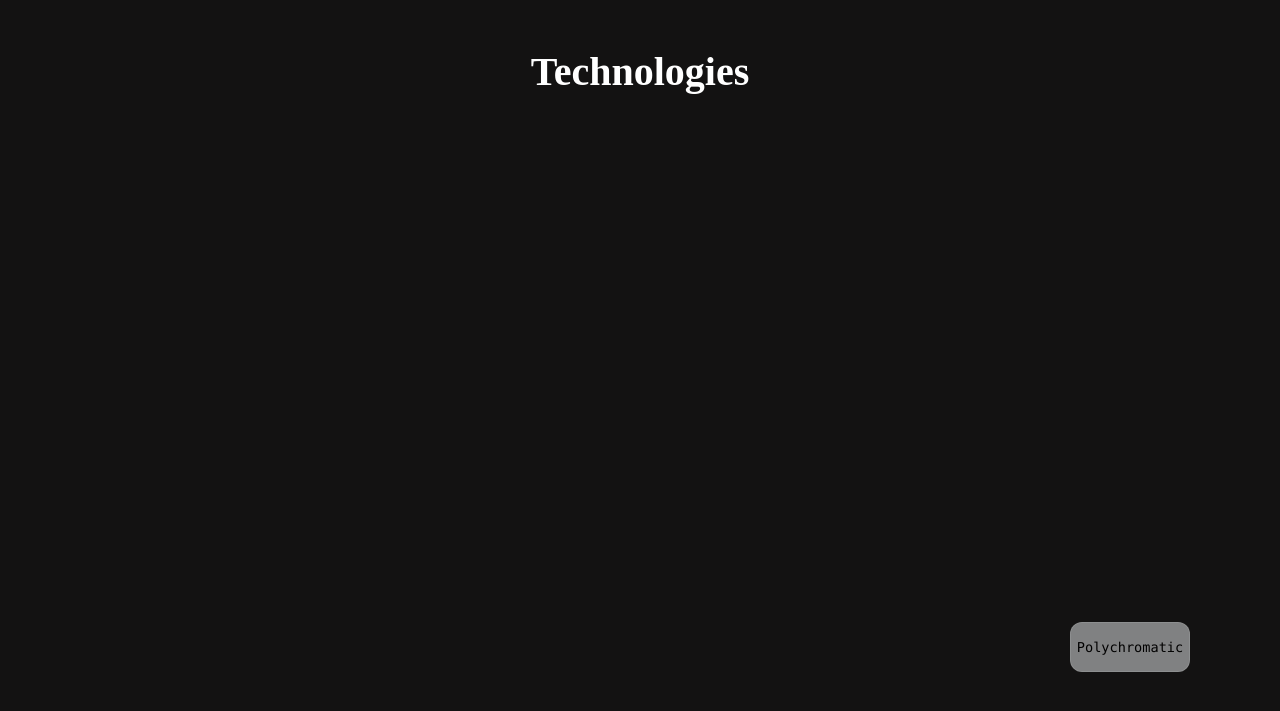
Repository: Baaam0/DCD_week7
Page: /
An editor plug-in stored every save of this project. The page is shown before and after a run of saves, followed by the edit.
The browser window is 1280 px wide. The pictures show the whole page.
The page's requests for data from a server got no answer. Some web fonts or font styles are not loaded; a fallback is used. The project was rebuilt for these pictures with package versions that can differ from the ones it lists, and the page was loaded fresh each time. The framework's server and built-in components were replaced by stand-ins that run in the browser. No one was signed in, and anything a server would have sent is missing. Also part of the build but not shown: next.config.js.

Above is the page before, as saved 2023-02-18 02:16:02.

### pages/index.js
import Head from 'next/head'
import Image from 'next/image'
import styles from '@/styles/Home.module.css'
import { useEffect, useState } from 'react'
import axios from 'axios'
import Link from 'next/link'


export default function Home() {
  const [data, setData] = useState();

  const apiKey = "BKu0nr7SnBGOqKTSgWfcyr59UwXtwa7g3dY4YQrC";
  const url = `https://api.nasa.gov/techtransfer/patent/?q=10&engine&api_key=${apiKey}`

  const getTechTransferData = async () => {
    const res = await axios.get(url);
    const info = await res.data;
    console.log(info);
    setData(info)
  }

  useEffect(()=> {
    getTechTransferData();
  }, [])

  return (
    <>
      <Head>
        <title>Create Next App</title>
        <meta name="description" content="Generated by create next app" />
        <meta name="viewport" content="width=device-width, initial-scale=1" />
        <link rel="icon" href="/favicon.ico" />
      </Head>
      <main className={styles.main}>
      <h1>Technologies</h1>
        <div className={styles.description}>
          <p>
          <Link href="/polychromatic">Polychromatic</Link>
          </p>
        </div>
        {
          data && data.results.map((tech, index) => {
            return (
              <div key={index}>
                {
                  tech && tech.map((t,ind) => {
                    if(ind === 10) {
                      return (
                        <div className={styles.box1}>
                          <Image src={t} alt={t} key={ind} width={120} height={120} className={styles.img}/>
                          <div className={styles.box}>
                            <div className={styles.txt}>
                              <h3>{tech[2]}</h3>
                              <p>{tech[3]}</p>
                            </div>
                          </div>
                        </div>
                      )
                    }
                  })
                }
              </div>
            )
          })
        }
      </main>
    </>
  )
}

### styles/Home.module.css
@import url('https://fonts.googleapis.com/css2?family=DotGothic16&display=swap');
@import url('https://fonts.googleapis.com/css2?family=Barlow:wght@300&display=swap');

.main {
  display: flex;
  flex-direction: column;
  justify-content: space-between;
  align-items: center;
  padding: 3rem;
  min-height: 100vh;
  background-color: rgb(19, 18, 18)
}

.main h1 {
  font-size: 2.5rem;
  font-weight: 600;
  margin-bottom: 0.5rem;
  color: rgb(255, 255, 255);
  font-family: ;
}

.description {
  display: flex;
  justify-content: flex-end;
  font-size: 0.85rem;
  max-width: var(--max-width);
  width: 100%;
  z-index: 2;
  font-family: var(--font-mono);
}

.description a {
  display: flex;
  justify-content: center;
  align-items: center;
  gap: 0.5rem;
}

.description p {
  position: relative;
  padding: 1rem;
  background-color: rgba(var(--callout-rgb), 0.5);
  border: 1px solid rgba(var(--callout-border-rgb), 0.3);
  border-radius: var(--border-radius);
  width: 120px;
}

.code {
  font-weight: 700;
  font-family: var(--font-mono);
}

.grid {
  display: grid;
  grid-template-columns: repeat(4, minmax(25%, auto));
  width: var(--max-width);
  max-width: 100%;
}

.card {
  padding: 1rem 1.2rem;
  border-radius: var(--border-radius);
  background: rgba(var(--card-rgb), 0);
  border: 1px solid rgba(var(--card-border-rgb), 0);
  transition: background 200ms, border 200ms;
}

.card span {
  display: inline-block;
  transition: transform 200ms;
}

.card h2 {
  font-weight: 600;
  margin-bottom: 0.7rem;
}

.card p {
  margin: 0;
  opacity: 0.6;
  font-size: 0.9rem;
  line-height: 1.5;
  max-width: 30ch;
}

.center {
  display: flex;
  justify-content: center;
  align-items: center;
  position: relative;
  padding: 4rem 0;
}

.center::before {
  background: var(--secondary-glow);
  border-radius: 50%;
  width: 480px;
  height: 360px;
  margin-left: -400px;
}

.center::after {
  background: var(--primary-glow);
  width: 240px;
  height: 180px;
  z-index: -1;
}

.center::before,
.center::after {
  content: '';
  left: 50%;
  position: absolute;
  filter: blur(45px);
  transform: translateZ(0);
}

.logo,
.thirteen {
  position: relative;
}

.thirteen {
  display: flex;
  justify-content: center;
  align-items: center;
  width: 75px;
  height: 75px;
  padding: 25px 10px;
  margin-left: 16px;
  transform: translateZ(0);
  border-radius: var(--border-radius);
  overflow: hidden;
  box-shadow: 0px 2px 8px -1px #0000001a;
}

.thirteen::before,
.thirteen::after {
  content: '';
  position: absolute;
  z-index: -1;
}

/* Conic Gradient Animation */
.thirteen::before {
  animation: 6s rotate linear infinite;
  width: 200%;
  height: 200%;
  background: var(--tile-border);
}

/* Inner Square */
.thirteen::after {
  inset: 0;
  padding: 1px;
  border-radius: var(--border-radius);
  background: linear-gradient(
    to bottom right,
    rgba(var(--tile-start-rgb), 1),
    rgba(var(--tile-end-rgb), 1)
  );
  background-clip: content-box;
}

/* Enable hover only on non-touch devices */
@media (hover: hover) and (pointer: fine) {
  .card:hover {
    background: rgba(var(--card-rgb), 0.1);
    border: 1px solid rgba(var(--card-border-rgb), 0.15);
  }

  .card:hover span {
    transform: translateX(4px);
  }
}

@media (prefers-reduced-motion) {
  .thirteen::before {
    animation: none;
  }

  .card:hover span {
    transform: none;
  }
}

/* Mobile */
@media (max-width: 700px) {
  .content {
    padding: 4rem;
  }

  .grid {
    grid-template-columns: 1fr;
    margin-bottom: 120px;
    max-width: 320px;
    text-align: center;
  }

  .card {
    padding: 1rem 2.5rem;
  }

  .card h2 {
    margin-bottom: 0.5rem;
  }

  .center {
    padding: 8rem 0 6rem;
  }

  .center::before {
    transform: none;
    height: 300px;
  }

  .description {
    font-size: 0.8rem;
  }

  .description a {
    padding: 1rem;
  }

  .description p,
  .description div {
    display: flex;
    justify-content: center;
    position: fixed;
    width: 100%;
  }

  .description p {
    align-items: center;
    inset: 0 0 auto;
    padding: 2rem 1rem 1.4rem;
    border-radius: 0;
    border: none;
    border-bottom: 1px solid rgba(var(--callout-border-rgb), 0.25);
    background: linear-gradient(
      to bottom,
      rgba(var(--background-start-rgb), 1),
      rgba(var(--callout-rgb), 0.5)
    );
    background-clip: padding-box;
    backdrop-filter: blur(24px);
  }

  .description div {
    align-items: flex-end;
    pointer-events: none;
    inset: auto 0 0;
    padding: 2rem;
    height: 200px;
    background: linear-gradient(
      to bottom,
      transparent 0%,
      rgb(var(--background-end-rgb)) 40%
    );
    z-index: 1;
  }
}

/* Tablet and Smaller Desktop */
@media (min-width: 701px) and (max-width: 1120px) {
  .grid {
    grid-template-columns: repeat(2, 50%);
  }
}

@media (prefers-color-scheme: dark) {
  .vercelLogo {
    filter: invert(1);
  }

  .logo,
  .thirteen img {
    filter: invert(1) drop-shadow(0 0 0.3rem #ffffff70);
  }
}

@keyframes rotate {
  from {
    transform: rotate(360deg);
  }
  to {
    transform: rotate(0deg);
  }
}

.box1 {
  display: flex;
  flex-direction: row;
  margin: 1.5rem;
  width: 100%;
  justify-content: space-between;
}

.box {
  display: flex;
  justify-content: center;
  align-items: center;
  height: 100%;
  max-width: 700px;
  padding: 1rem;
  border-radius: var(--border-radius);
  background: rgba(var(--card-rgb), 50);
  transition: background-color 200ms, border 200ms;
}

.img {
  border-radius: 50%;
  background: rgba(var(--card-rgb), 50);
  margin-right: 2rem;
  margin-top: 0.2rem;
  transition: box-shadow 0.6s linear, border 200ms ease-out;
  box-shadow: 0px 0px 10px 3px #ffffff;
}

.img:hover {
  box-shadow: 0px 0px 10px 7px #ffffff;
}

.txt {
  margin: 1rem;
  font-family: 'Barlow', sans-serif;

}

.txt h3 {
  font-weight: 600;
  margin-bottom: 0.5rem;
}

Loaded but not shown: pages/_app.js (common file); pages/_document.js (common file); styles/globals.css (common file)

After the next 3 saves:
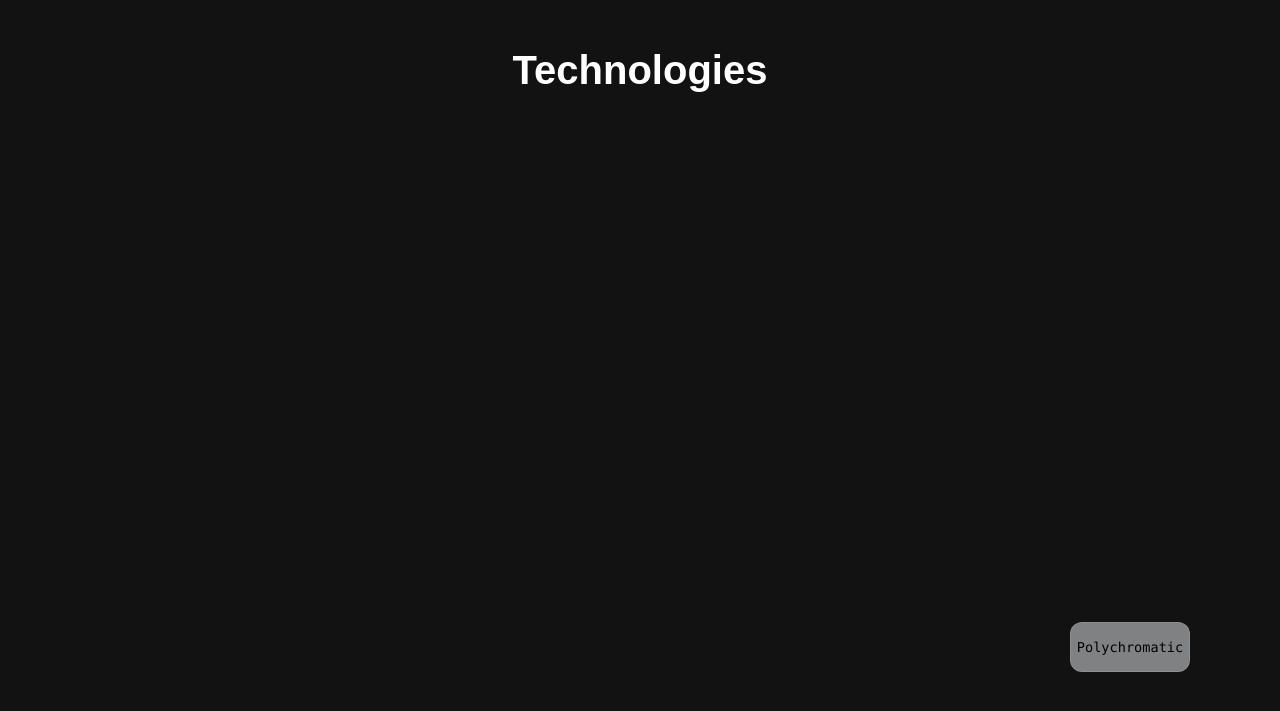
The 3 saves are shown as one change because they came seconds apart.
The last was saved 11 s later.
--- a/styles/Home.module.css
+++ b/styles/Home.module.css
@@ -16,7 +16,7 @@
   font-weight: 600;
   margin-bottom: 0.5rem;
   color: rgb(255, 255, 255);
-  font-family: ;
+  font-family: 'DotGothic16', sans-serif;
 }
 
 .description {
